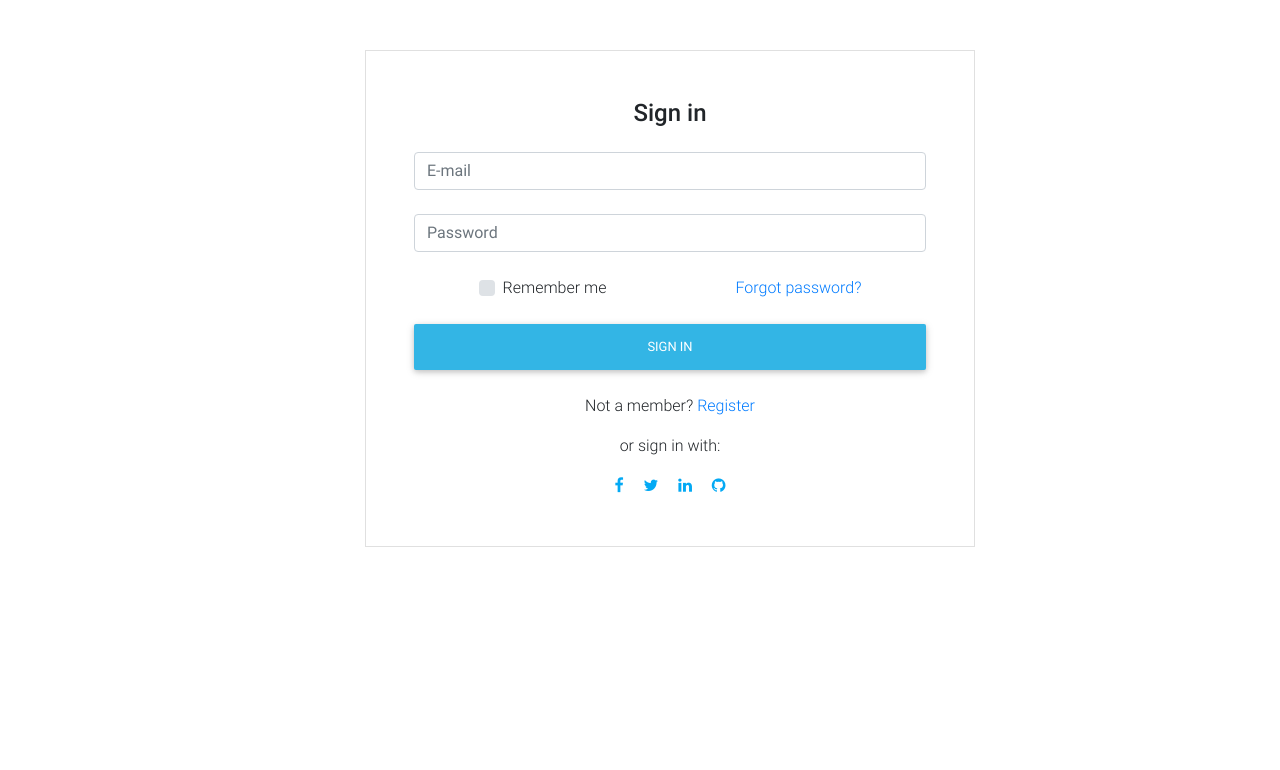
Repository: KJSCEhack/KJSCE_Vanquishers
Page: login_page.html
These files come from the project's save history. The page is drawn as it stood at one moment and after the next save; the edit follows.
The browser window is 1280 px wide. The pictures show the whole page.

Above is the page before, as saved 2018-10-06 04:06:38.

After the next save:
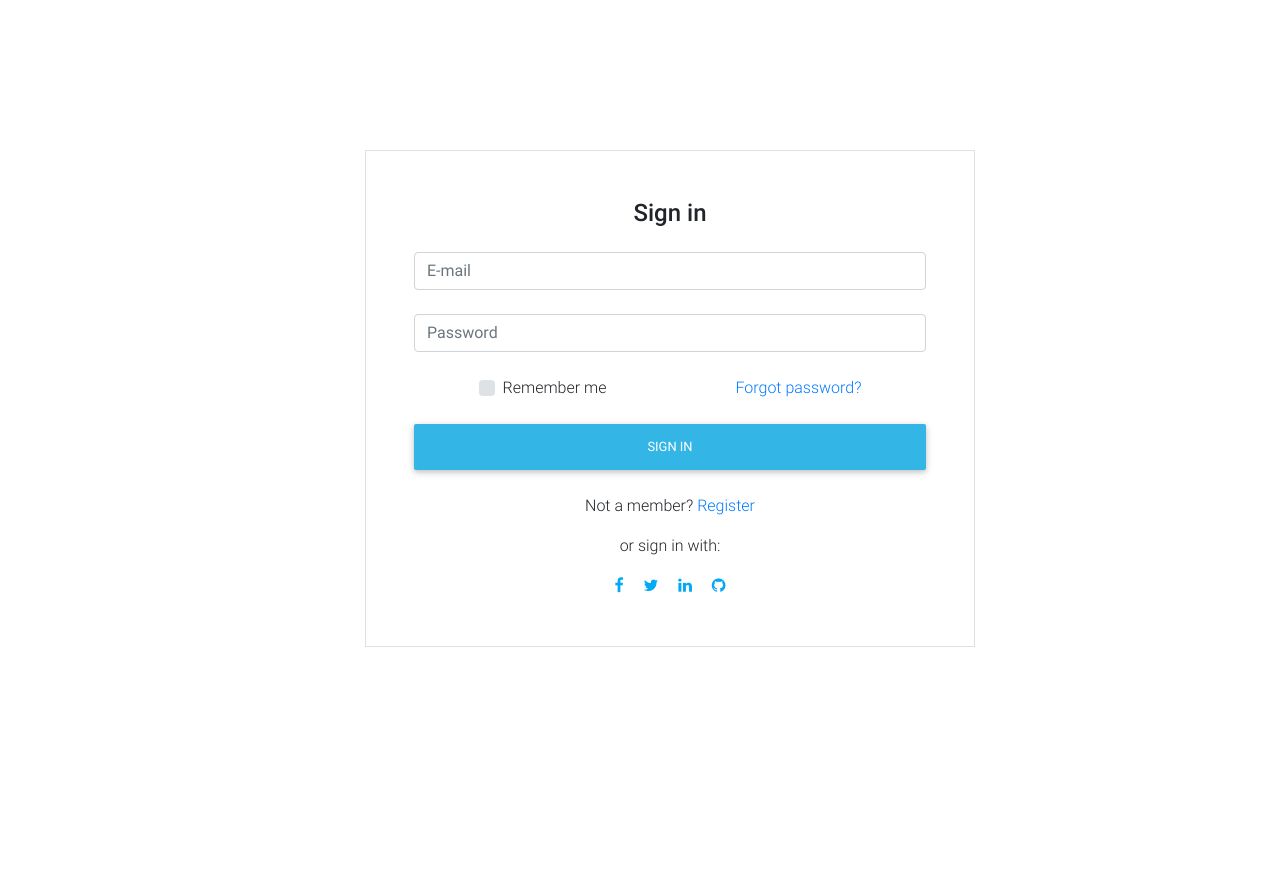
Saved 44 s later.
--- a/login_page.html
+++ b/login_page.html
@@ -13,7 +13,7 @@
     <link href="css/style.min.css" rel="stylesheet">
 </head>
 <body>
-    <div class="col-md-6" style="margin-left:350px; margin-top:50px";>
+    <div class="col-md-6" style="margin-left:350px; margin-top:150px";>
     <!-- Default form login -->
 <form class="text-center border border-light p-5">
 

After the save that followed:
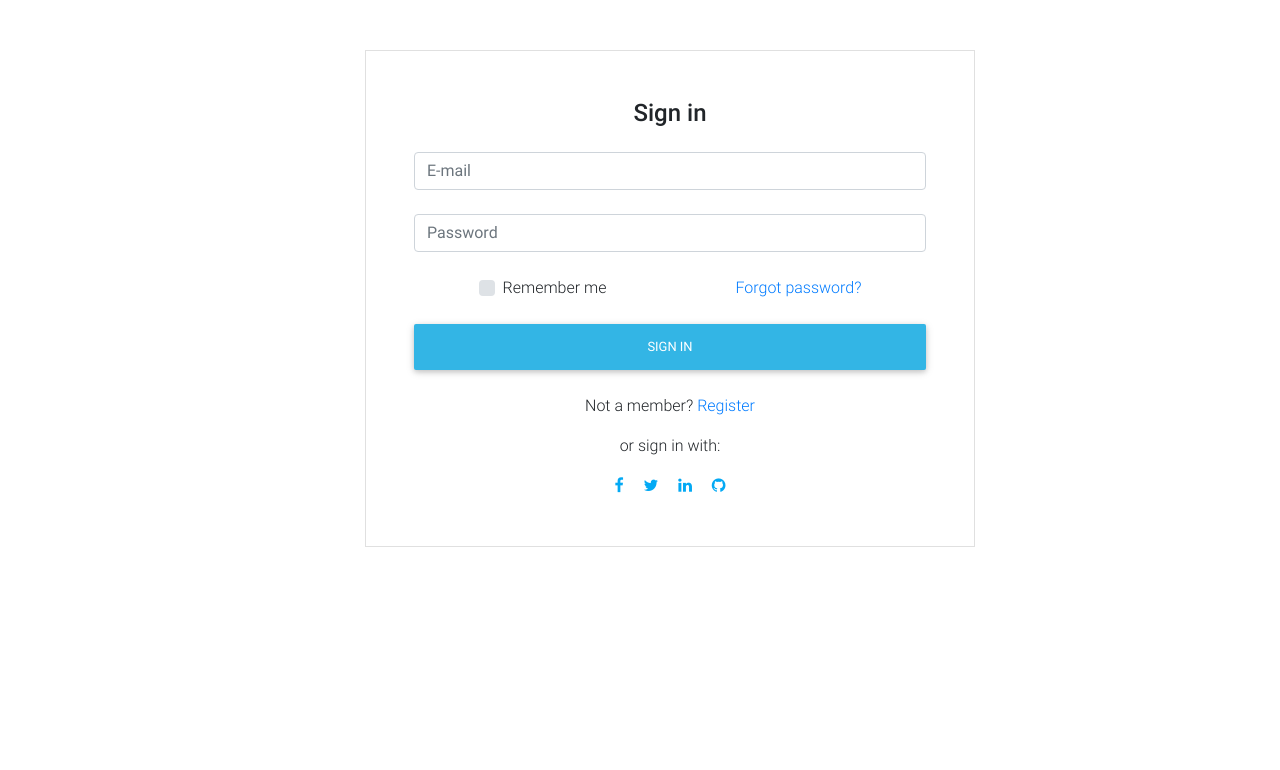
Saved 8 s later.
--- a/login_page.html
+++ b/login_page.html
@@ -13,7 +13,7 @@
     <link href="css/style.min.css" rel="stylesheet">
 </head>
 <body>
-    <div class="col-md-6" style="margin-left:350px; margin-top:150px";>
+    <div class="col-md-6" style="margin-left:350px; margin-top:50px";>
     <!-- Default form login -->
 <form class="text-center border border-light p-5">
 
